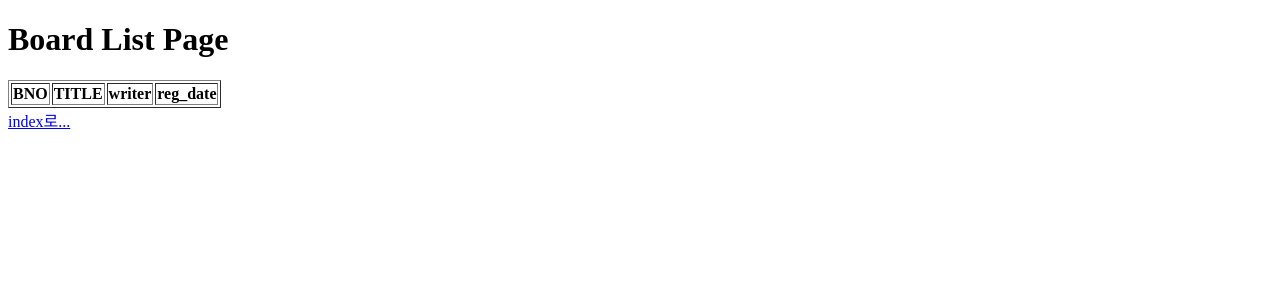
Repository: dhalfks/java2022_09_03
Page: http://localhost/board/brd/list
These files come from the project's save history. The page is drawn as it stood at one moment and after the next save; the edit follows.
The browser window is 1280 px wide. The pictures show the whole page.
The page is served by Tomcat 9. Queries for data that is not in the repository find no rows.

Above is the page before, as saved 2022-11-28 01:23:01.

After the next save:
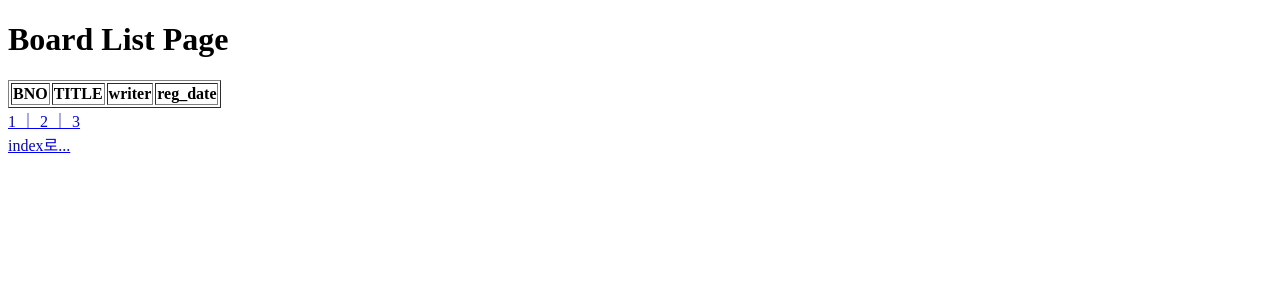
Saved 92 min 35 s later.
--- a/JSP_Board_oracle 버전/board/src/main/webapp/board/list.jsp
+++ b/JSP_Board_oracle 버전/board/src/main/webapp/board/list.jsp
@@ -27,7 +27,9 @@
 
 </table>
 <div id="page_control">
-<c:if test=""></c:if>
+<a href ="/brd/listPage?pageNum=1"> 1 ｜ </a>
+<a href ="/brd/listPage?pageNum=2"> 2 ｜ </a>
+<a href ="/brd/listPage?pageNum=3"> 3 </a>
 </div>
 <a href="/index.jsp">index로...</a>
 </body>
